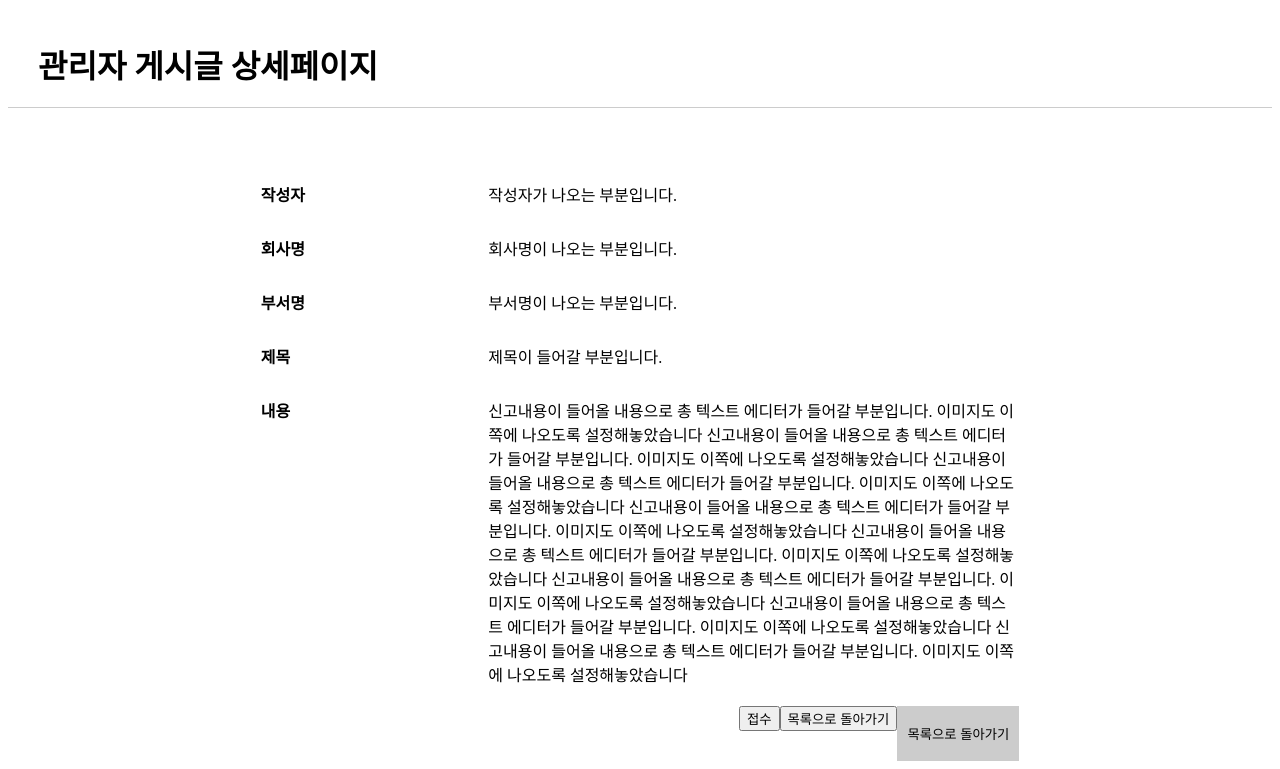
Repository: thdtjdgml415/exVoc
Page: /AdminView/1
The author's editor kept a copy of each file at every save. The page is drawn from the files as they stood at one save, then again after the next save.
The browser window is 1280 px wide. The pictures show the whole page.
The project was rebuilt for these pictures with package versions that can differ from the ones it lists, and the page was loaded fresh each time. Also part of the build but not shown: src/components/table/CommonTable.css, src/components/table/CommonTable.js, src/components/table/CommonTableColumn.js, src/components/table/CommonTableRow.js, src/components/table/CommonTableWriteBtn.js, src/Page/PostList.js, src/Page/PostMain.js, src/Page/PostView.js and 4 more.

Above is the page before, as saved 2023-01-13 16:07:15.

After the next save:
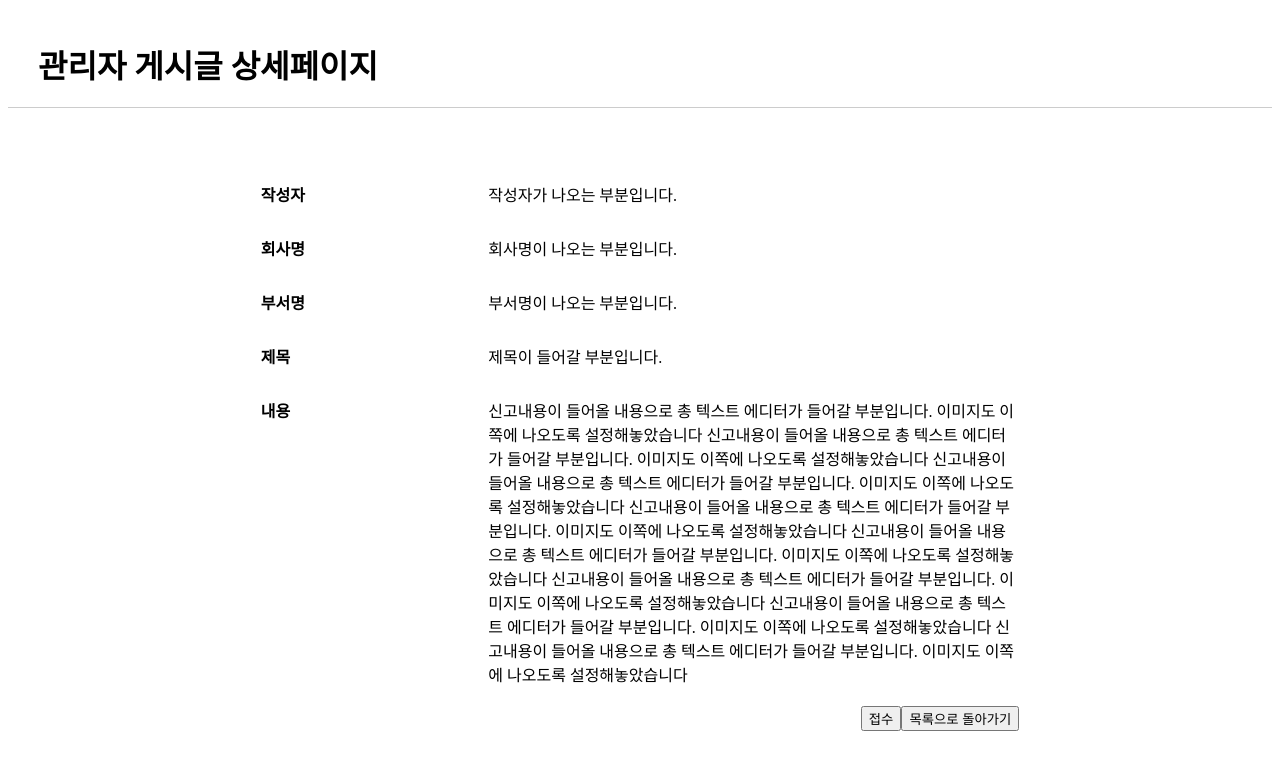
Saved 4 s later.
--- a/src/Page/AdminView.js
+++ b/src/Page/AdminView.js
@@ -71,7 +71,7 @@ const AdminView = ({ }) => {
                 </AcceptModal>
               </div>
           </React.Fragment>
-          <button className="post-view-go-list-btn" onClick={() => navigator(-1)}>목록으로 돌아가기</button>
+
 
         </div>
       </div>
